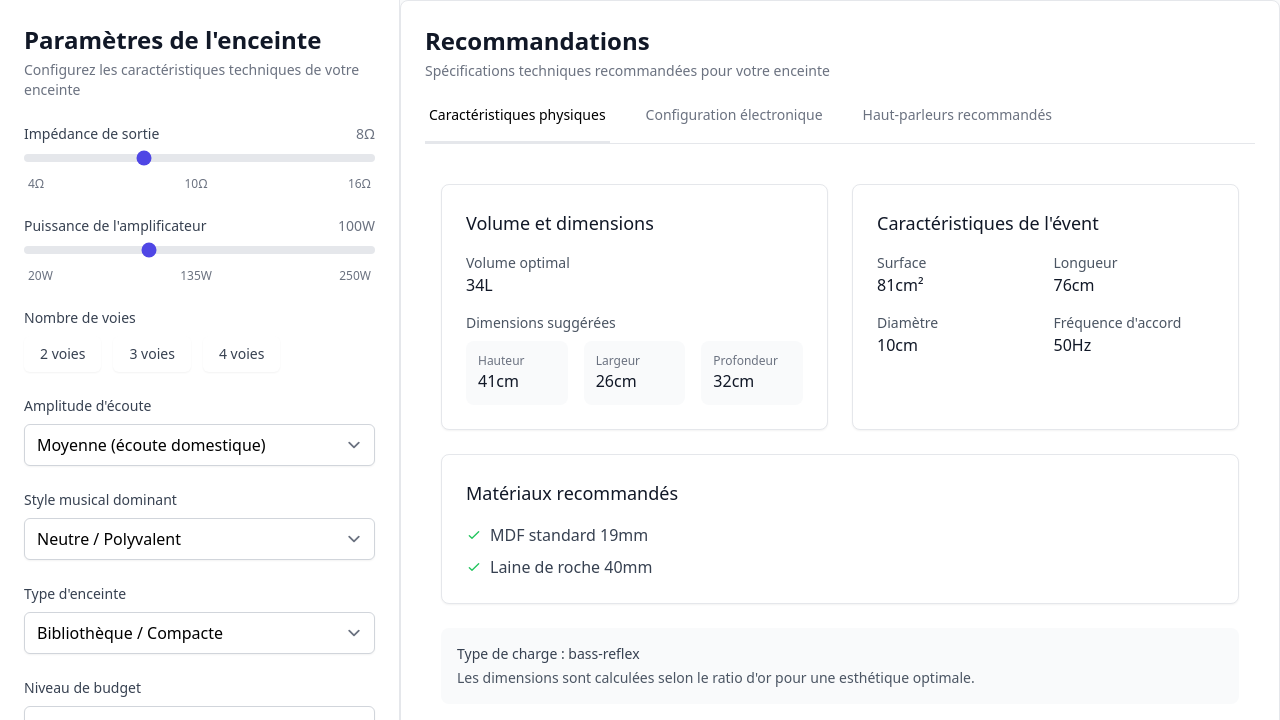
Repository: flobutbut/AcuoTune
Page: /
The author's editor kept a copy of each file at every save. The page is drawn from the files as they stood at one save, then again after the next save.
The browser window is 1280 px wide. The pictures show the whole page.
The project was rebuilt for these pictures with package versions that can differ from the ones it lists, and the page was loaded fresh each time. Also part of the build but not shown: vite.config.ts, src/utils/calculations/electronic.ts, src/utils/calculations/frequency-response.ts, src/components/configurateur/FrequencyResponseChart.vue, src/components/configurateur/recommendations/ElectronicTab.vue, src/components/configurateur/recommendations/SpeakersTab.vue.

Above is the page before, as saved 2025-02-28 15:32:16.

### src/main.ts
import './assets/main.css'

import { createApp } from 'vue'
import { createPinia } from 'pinia'
import App from './App.vue'
import router from './router'

// Pour le débogage
console.log('Initializing app...')

const app = createApp(App)
const pinia = createPinia()

// Pour le débogage
app.config.errorHandler = (err, instance, info) => {
  console.error('Vue Error:', err)
  console.log('Component:', instance)
  console.log('Info:', info)
}

app.use(pinia)
app.use(router)

app.mount('#app')

// Pour le débogage
console.log('App mounted')

### src/App.vue
<script setup lang="ts">
import { RouterView } from 'vue-router'
</script>

<template>
  <RouterView />
</template>

<style>
#app {
  height: 100vh;
  width: 100vw;
}
</style>

### src/router/index.ts
import { createRouter, createWebHashHistory } from 'vue-router'
import ConfigurateurView from '../views/ConfigurateurView.vue'

const base = process.env.NODE_ENV === 'production' ? '/AcuoTune/' : '/'

const router = createRouter({
  history: createWebHashHistory(base),
  routes: [
    {
      path: '/',
      name: 'home',
      component: ConfigurateurView
    }
  ]
})

export default router

### src/views/ConfigurateurView.vue
<script setup lang="ts">
import ConfigurationPanel from '@/components/configurateur/ConfigurationPanel.vue'
import RecommendationsPanel from '@/components/configurateur/RecommendationsPanel.vue'
</script>

<template>
  <div class="flex h-screen bg-gray-50">
    <!-- Colonne de gauche - Configuration -->
    <div class="w-[400px] min-w-[400px] overflow-y-auto border-r border-gray-200 bg-white">
      <ConfigurationPanel />
    </div>

    <!-- Colonne de droite - Recommandations -->
    <div class="flex-1 overflow-y-auto">
      <RecommendationsPanel />
    </div>
  </div>
</template>

<style>
/* Supprimer les marges par défaut */
body {
  margin: 0;
  padding: 0;
}

/* Assurer que l'app prend toute la hauteur */
#app {
  height: 100vh;
}
</style>

### src/components/configurateur/RecommendationsPanel.vue
<script setup lang="ts">
import { ref } from 'vue'
import PhysicalTab from './recommendations/PhysicalTab.vue'
import ElectronicTab from './recommendations/ElectronicTab.vue'
import SpeakersTab from './recommendations/SpeakersTab.vue'

const activeTab = ref('physique')

// Données temporaires pour test
const physicalRecommendations = {
  volume: '30L',
  dimensions: {
    height: '80cm',
    width: '30cm',
    depth: '40cm'
  },
  materials: ['MDF 19mm', 'Contreplaqué bouleau 18mm'],
  portType: 'Bass-reflex',
  port: {
    surface: '50cm²',
    length: '15cm',
    diameter: '8cm',
    tuningFreq: '35Hz'
  }
}

const electronicRecommendations = {
  impedance: '8Ω',
  power: '100W RMS',
  crossoverFreqs: ['500Hz', '3.5kHz'],
  filterSlope: '12dB/octave',
  efficiency: '89dB'
}

const speakerRecommendations = [
  {
    type: 'Grave',
    impedance: '8Ω',
    power: '100W RMS',
    sensitivity: '89dB'
  },
  {
    type: 'Médium',
    impedance: '8Ω',
    power: '50W RMS',
    sensitivity: '91dB'
  },
  {
    type: 'Aigu',
    impedance: '8Ω',
    power: '25W RMS',
    sensitivity: '92dB'
  }
]
</script>

<template>
  <div class="w-full bg-white rounded-lg shadow-sm border border-gray-200">
    <div class="p-6">

      <h2 class="text-2xl font-bold text-gray-900">Recommandations</h2>
      <p class="mt-1 text-sm text-gray-500 mb-6">Spécifications techniques recommandées pour votre enceinte</p>

      <!-- Onglets -->
      <div class="border-b border-gray-200">
        <nav class="flex space-x-8" aria-label="Tabs">
          <button
            v-for="tab in ['physique', 'electronique', 'hautparleurs']"
            :key="tab"
            @click="activeTab = tab"
            :class="[
              'pb-4 px-1 font-medium text-sm border-b-2 transition-colors',
              activeTab === tab
                ? 'border-primary-600 text-primary-600'
                : 'border-transparent text-gray-500 hover:text-gray-700 hover:border-gray-300'
            ]"
          >
            {{ tab === 'physique' ? 'Caractéristiques physiques' :
               tab === 'electronique' ? 'Configuration électronique' :
               'Haut-parleurs recommandés' }}
          </button>
        </nav>
      </div>

      <!-- Contenu des onglets -->
      <div class="mt-6">
        <PhysicalTab v-if="activeTab === 'physique'" />
        <ElectronicTab v-if="activeTab === 'electronique'" />
        <SpeakersTab v-if="activeTab === 'hautparleurs'" />
      </div>
    </div>
  </div>
</template>

### src/stores/configurateur.ts
import { defineStore } from 'pinia'
import type {
  Config,
  Recommendations,
  PhysicalRecommendation,
  ElectronicRecommendation,
  HautParleur
} from '@/types/configurateur'
import { calculateAcoustic } from '@/utils/calculations/acoustic'
import { calculateElectronic } from '@/utils/calculations/electronic'
import { calculatePhysical } from '@/utils/calculations/physical'
import { calculateSpeakers } from '@/utils/calculations/speakers'

const getTweeterTechnologie = (styleMusical: string, budgetNiveau: string): string => {
  if (styleMusical === 'hifi' || budgetNiveau === 'élevé') {
    return 'Dôme en soie de haute qualité avec chambre arrière amortie'
  }
  return 'Dôme en soie standard'
}

const getFrequencesCoupure = (nombreVoies: number, styleMusical: string): string[] => {
  const frequences = []

  switch (nombreVoies) {
    case 2:
      frequences.push(styleMusical === 'bass' ? '2.5 kHz' : '3 kHz')
      break
    case 3:
      frequences.push(
        styleMusical === 'bass' ? '400 Hz' : '500 Hz',
        styleMusical === 'bass' ? '2.5 kHz' : '3 kHz'
      )
      break
    case 4:
      frequences.push(
        styleMusical === 'bass' ? '200 Hz' : '250 Hz',
        styleMusical === 'bass' ? '800 Hz' : '1 kHz',
        styleMusical === 'bass' ? '2.5 kHz' : '3 kHz'
      )
      break
  }

  return frequences
}

// État initial par défaut
const defaultConfig: Config = {
  // Valeurs par défaut
  nombreVoies: '2',
  puissanceAmp: 100,
  impedance: 8,
  amplitudeEcoute: 'moyenne',
  styleMusical: 'neutre',
  typeEnceinte: 'bibliothèque',
  distanceAuMur: 'moyenne',
  utilisationPrincipale: 'musique',
  budgetNiveau: 'moyen',
  typeCharge: 'bass-reflex',
  showAdvanced: false,
  // Valeurs avancées
  penteFiltre: 12,
  freqCoupureManuelle: [],
  accordEvent: 0,
  facteurQualite: 0.707
}

// Recommandations par défaut
const defaultRecommendations: Recommendations = {
  physique: {
    dimensions: { hauteur: 0, largeur: 0, profondeur: 0 },
    volume: 0,
    materiaux: [],
    typeCharge: 'bass-reflex',
    ventilation: false
  },
  electronique: {
    puissanceAdmissible: '',
    impedanceGlobale: '',
    sensibilite: '',
    frequencesCoupure: [],
    penteFiltre: ''
  },
  hautParleurs: [],
  freqCoupure: []
}

export const useConfigurateurStore = defineStore('configurateur', {
  state: () => ({
    config: defaultConfig as Config
  }),

  actions: {
    updateConfig(newConfig: Partial<Config>) {
      this.config = {
        ...this.config,
        ...newConfig
      }
    },

    resetConfig() {
      this.config = { ...defaultConfig }
    },

    calculateRecommendations() {
      console.log('Calculating recommendations with config:', this.config)

      try {
        // Calculs acoustiques
        const acoustic = calculateAcoustic(this.config)
        console.log('Acoustic calculations:', acoustic)

        // Mise à jour temporaire des recommandations
        this.recommandations = {
          physique: {
            dimensions: {
              hauteur: Math.round(Math.pow(acoustic.volumeOptimal * 1000, 1/3) * 1.6),
              largeur: Math.round(Math.pow(acoustic.volumeOptimal * 1000, 1/3)),
              profondeur: Math.round(Math.pow(acoustic.volumeOptimal * 1000, 1/3) * 1.25)
            },
            volume: acoustic.volumeOptimal,
            materiaux: ['MDF 19mm', 'Laine de roche 50mm'],
            typeCharge: this.config.typeCharge,
            ventilation: this.config.typeCharge !== 'clos',
            eventSpecs: this.config.typeCharge !== 'clos' ? {
              surface: 50,
              diametre: 8,
              longueur: 15,
              frequence: acoustic.frequenceAccord
            } : undefined
          },
          electronique: {
            puissanceAdmissible: `${acoustic.puissanceMax}W RMS`,
            impedanceGlobale: `${this.config.impedance}Ω nominal`,
            sensibilite: `${acoustic.rendementBasse} dB`,
            frequencesCoupure: acoustic.freqCoupure,
            penteFiltre: `${this.config.penteFiltre || '12'} dB/octave`
          },
          hautParleurs: [],
          freqCoupure: acoustic.freqCoupure
        }

        console.log('Updated recommendations:', this.recommandations)
      } catch (error) {
        console.error('Error calculating recommendations:', error)
      }
    },

    _calculateAcousticParameters() {
      return calculateAcoustic(this.config)
    },

    _calculatePhysicalParameters(acoustic: any) {
      // TODO: Implémenter dans physical.ts
      return this.recommandations.physique
    },

    _calculateElectronicParameters(acoustic: any) {
      // TODO: Implémenter dans electronic.ts
      return this.recommandations.electronique
    },

    _calculateSpeakerParameters(acoustic: any) {
      // TODO: Implémenter dans speakers.ts
      return this.recommandations.hautParleurs
    }
  }
})

### src/components/configurateur/controls/RangeInput.vue
<script setup lang="ts">
defineProps<{
  label: string
  name: string
  value: number
  min: number
  max: number
  step: number
  unit?: string
}>()

defineEmits<{
  (e: 'update', event: Event): void
}>()
</script>

<template>
  <div class="space-y-2">
    <!-- Label et valeur actuelle -->
    <div class="flex justify-between items-center">
      <label :for="name" class="block text-sm font-medium text-gray-700">
        {{ label }}
      </label>
      <span class="text-sm text-gray-500">
        {{ value }}{{ unit }}
      </span>
    </div>

    <!-- Input range -->
    <input
      :id="name"
      type="range"
      :name="name"
      :min="min"
      :max="max"
      :step="step"
      :value="value"
      @input="$emit('update', $event)"
      class="w-full h-2 bg-gray-200 rounded-lg appearance-none cursor-pointer
             dark:bg-gray-700 accent-indigo-600 focus:outline-none focus:ring-2
             focus:ring-indigo-500 focus:ring-offset-2"
    />

    <!-- Valeurs min/max -->
    <div class="flex justify-between px-1">
      <span class="text-xs text-gray-500">{{ min }}{{ unit }}</span>
      <span class="text-xs text-gray-500">{{ Math.round((max + min) / 2) }}{{ unit }}</span>
      <span class="text-xs text-gray-500">{{ max }}{{ unit }}</span>
    </div>
  </div>
</template>

### src/components/configurateur/controls/SelectInput.vue
<script setup lang="ts">
interface Option {
  value: string
  label: string
}

defineProps<{
  label: string
  name: string
  value: string
  options: Option[]
}>()

defineEmits<{
  (e: 'update', event: Event): void
}>()
</script>

<template>
  <div class="space-y-2">
    <label :for="name" class="block text-sm font-medium text-gray-700">
      {{ label }}
    </label>
    <select
      :id="name"
      :name="name"
      :value="value"
      @change="$emit('update', $event)"
      class="mt-1 block w-full rounded-md border-gray-300 py-2 pl-3 pr-10 text-base
             focus:border-indigo-500 focus:outline-none focus:ring-indigo-500
             bg-white shadow-sm"
    >
      <option
        v-for="option in options"
        :key="option.value"
        :value="option.value"
        class="text-gray-900"
      >
        {{ option.label }}
      </option>
    </select>
  </div>
</template>

### src/constants/configurateur.ts
export const IMPEDANCE_OPTIONS = {
  min: 4,
  max: 16,
  step: 4
}

export const PUISSANCE_OPTIONS = {
  min: 20,
  max: 250,
  step: 10
}

export const AMPLITUDE_ECOUTE_OPTIONS = [
  { value: 'faible', label: 'Faible (écoute de proximité)' },
  { value: 'moyenne', label: 'Moyenne (écoute domestique)' },
  { value: 'forte', label: 'Forte (home-cinéma, fêtes)' }
]

export const STYLE_MUSICAL_OPTIONS = [
  { value: 'neutre', label: 'Neutre / Polyvalent' },
  { value: 'hifi', label: 'Hi-Fi / Audiophile' },
  { value: 'bass', label: 'Bass heavy (Electronic, Hip-hop)' },
  { value: 'acoustique', label: 'Acoustique / Classique' }
]

export const TYPE_ENCEINTE_OPTIONS = [
  { value: 'bibliothèque', label: 'Bibliothèque / Compacte' },
  { value: 'colonne', label: 'Colonne' },
  { value: 'monitoring', label: 'Monitoring' }
]

export const BUDGET_NIVEAU_OPTIONS = [
  { value: 'économique', label: 'Économique' },
  { value: 'moyen', label: 'Moyen' },
  { value: 'élevé', label: 'Élevé' }
]

export const DISTANCE_MUR_OPTIONS = [
  { value: 'proche', label: 'Proche (< 20cm)' },
  { value: 'moyenne', label: 'Moyenne (20-40cm)' },
  { value: 'éloignée', label: 'Éloignée (> 40cm)' }
]

export const UTILISATION_OPTIONS = [
  { value: 'musique', label: 'Musique' },
  { value: 'homecinema', label: 'Home-cinéma' },
  { value: 'mixte', label: 'Mixte (Musique + Home-cinéma)' },
  { value: 'studio', label: 'Production / Mixage studio' }
]

export const TYPE_CHARGE_OPTIONS = [
  { value: 'clos', label: 'Clos' },
  { value: 'bass-reflex', label: 'Bass-reflex' },
  { value: 'double-bass-reflex', label: 'Double Bass-reflex' }
]

export const PENTE_FILTRE_OPTIONS = [
  { value: '12', label: '12 dB/octave' },
  { value: '18', label: '18 dB/octave' },
  { value: '24', label: '24 dB/octave' }
]

export const FACTEUR_QUALITE_OPTIONS = [
  { value: '0.5', label: 'Q = 0.5 (Sous-amorti)' },
  { value: '0.707', label: 'Q = 0.707 (Butterworth)' },
  { value: '1.0', label: 'Q = 1.0 (Sur-amorti)' }
]

### src/components/configurateur/recommendations/PhysicalTab.vue
<script setup lang="ts">
import { computed } from 'vue'
import { useConfigurateurStore } from '@/stores/configurateur'
import { calculatePhysical } from '@/utils/calculations/physical'
import { calculateAcoustic } from '@/utils/calculations/acoustic'

const store = useConfigurateurStore()

const physicalRecommendations = computed(() => {
  if (!store.config) return null

  // Calcul des paramètres acoustiques nécessaires
  const acousticParams = calculateAcoustic(store.config)

  // Calcul des paramètres physiques
  return calculatePhysical(store.config, acousticParams)
})
</script>

<template>
  <div class="space-y-6 p-4">
    <div v-if="physicalRecommendations" class="space-y-6">
      <div class="grid grid-cols-1 lg:grid-cols-2 gap-6">
        <!-- Volume et dimensions -->
        <div class="bg-white rounded-lg shadow-sm border border-gray-200 p-6">
          <h3 class="text-lg font-medium text-gray-900 mb-4">Volume et dimensions</h3>
          <div class="space-y-4">
            <div>
              <div class="text-sm text-gray-600">Volume optimal</div>
              <div class="font-medium text-gray-900">{{ physicalRecommendations.volume }}L</div>
            </div>
            <div>
              <div class="text-sm text-gray-600 mb-2">Dimensions suggérées</div>
              <div class="grid grid-cols-3 gap-4">
                <div class="bg-gray-50 p-3 rounded-lg">
                  <div class="text-xs text-gray-500">Hauteur</div>
                  <div class="font-medium text-gray-900">{{ physicalRecommendations.dimensions.hauteur }}cm</div>
                </div>
                <div class="bg-gray-50 p-3 rounded-lg">
                  <div class="text-xs text-gray-500">Largeur</div>
                  <div class="font-medium text-gray-900">{{ physicalRecommendations.dimensions.largeur }}cm</div>
                </div>
                <div class="bg-gray-50 p-3 rounded-lg">
                  <div class="text-xs text-gray-500">Profondeur</div>
                  <div class="font-medium text-gray-900">{{ physicalRecommendations.dimensions.profondeur }}cm</div>
                </div>
              </div>
            </div>
          </div>
        </div>

        <!-- Caractéristiques de l'évent -->
        <div v-if="physicalRecommendations.ventilation"
             class="bg-white rounded-lg shadow-sm border border-gray-200 p-6">
          <h3 class="text-lg font-medium text-gray-900 mb-4">Caractéristiques de l'évent</h3>
          <div class="grid grid-cols-2 gap-4">
            <div v-for="(value, key) in [
              { label: 'Surface', value: physicalRecommendations.eventSpecs.surface + 'cm²' },
              { label: 'Longueur', value: physicalRecommendations.eventSpecs.longueur + 'cm' },
              { label: 'Diamètre', value: physicalRecommendations.eventSpecs.diametre + 'cm' },
              { label: 'Fréquence d\'accord', value: physicalRecommendations.eventSpecs.frequence + 'Hz' }
            ]" :key="key" class="group">
              <div class="text-sm text-gray-600 group-hover:text-gray-800 transition-colors">{{ value.label }}</div>
              <div class="font-medium text-gray-900">{{ value.value }}</div>
            </div>
          </div>
        </div>
      </div>

      <!-- Matériaux recommandés -->
      <div class="bg-white rounded-lg shadow-sm border border-gray-200 p-6">
        <h3 class="text-lg font-medium text-gray-900 mb-4">Matériaux recommandés</h3>
        <ul class="space-y-2">
          <li v-for="material in physicalRecommendations.materiaux"
              :key="material"
              class="flex items-center space-x-2 text-gray-700">
            <svg class="w-4 h-4 text-green-500" fill="none" stroke="currentColor" viewBox="0 0 24 24">
              <path stroke-linecap="round" stroke-linejoin="round" stroke-width="2" d="M5 13l4 4L19 7"/>
            </svg>
            <span>{{ material }}</span>
          </li>
        </ul>
      </div>

      <!-- Type de charge -->
      <div class="bg-gray-50 rounded-lg p-4">
        <div class="text-sm text-gray-700">
          <div class="font-medium mb-1">Type de charge : {{ physicalRecommendations.typeCharge }}</div>
          <p class="text-gray-600">Les dimensions sont calculées selon le ratio d'or pour une esthétique optimale.</p>
        </div>
      </div>
    </div>

    <div v-else class="flex items-center justify-center h-48 bg-gray-50 rounded-lg">
      <div class="text-gray-500">
        <svg class="w-8 h-8 mx-auto mb-2 animate-spin" viewBox="0 0 24 24" fill="none">
          <circle class="opacity-25" cx="12" cy="12" r="10" stroke="currentColor" stroke-width="4"/>
          <path class="opacity-75" fill="currentColor" d="M4 12a8 8 0 018-8V0C5.373 0 0 5.373 0 12h4z"/>
        </svg>
        <span>Chargement des recommandations...</span>
      </div>
    </div>
  </div>
</template>

Loaded but not shown: index.html (common file); src/assets/main.css (common file); tailwind.config.js (13 lines, source omitted); src/utils/calculations/acoustic.ts (372 lines, source omitted); src/components/configurateur/ConfigurationPanel.vue (237 lines, source omitted); src/utils/calculations/physical.ts (240 lines, source omitted)

After the next save:
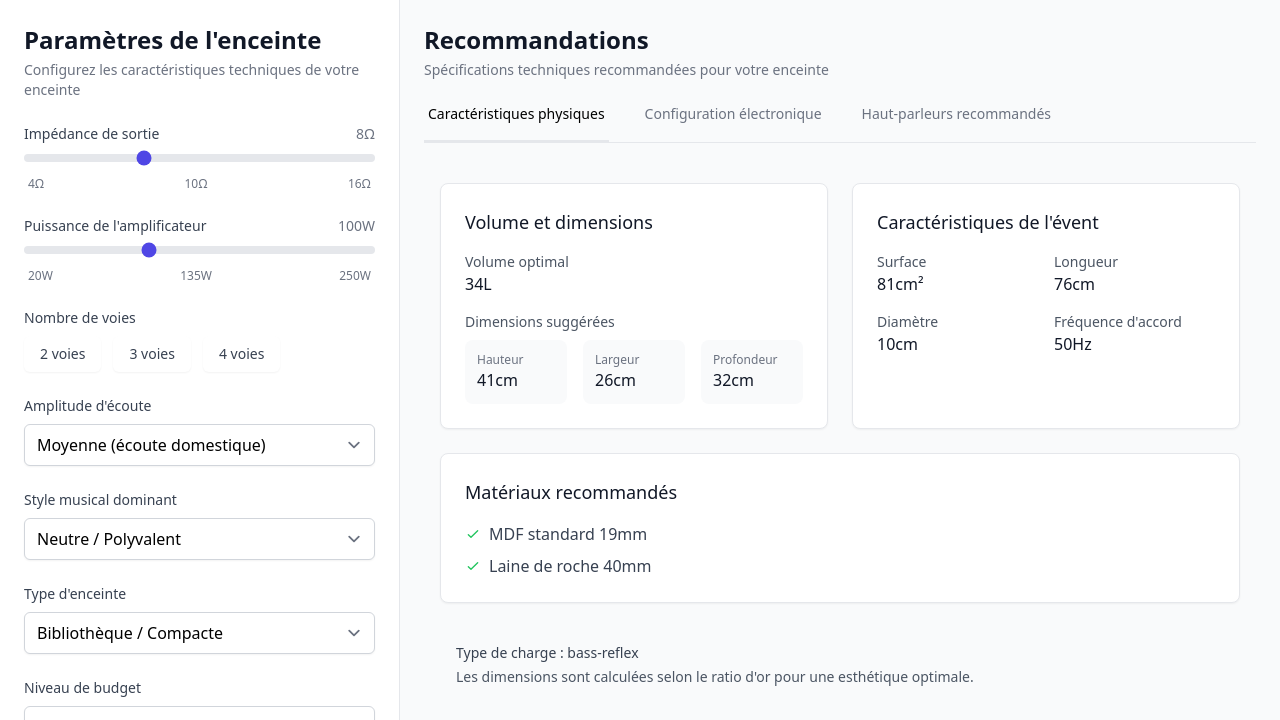
Saved 62 s later.
--- a/src/components/configurateur/RecommendationsPanel.vue
+++ b/src/components/configurateur/RecommendationsPanel.vue
@@ -55,9 +55,8 @@ const speakerRecommendations = [
 </script>
 
 <template>
-  <div class="w-full bg-white rounded-lg shadow-sm border border-gray-200">
+  <div class="w-full">
     <div class="p-6">
-
       <h2 class="text-2xl font-bold text-gray-900">Recommandations</h2>
       <p class="mt-1 text-sm text-gray-500 mb-6">Spécifications techniques recommandées pour votre enceinte</p>
 
